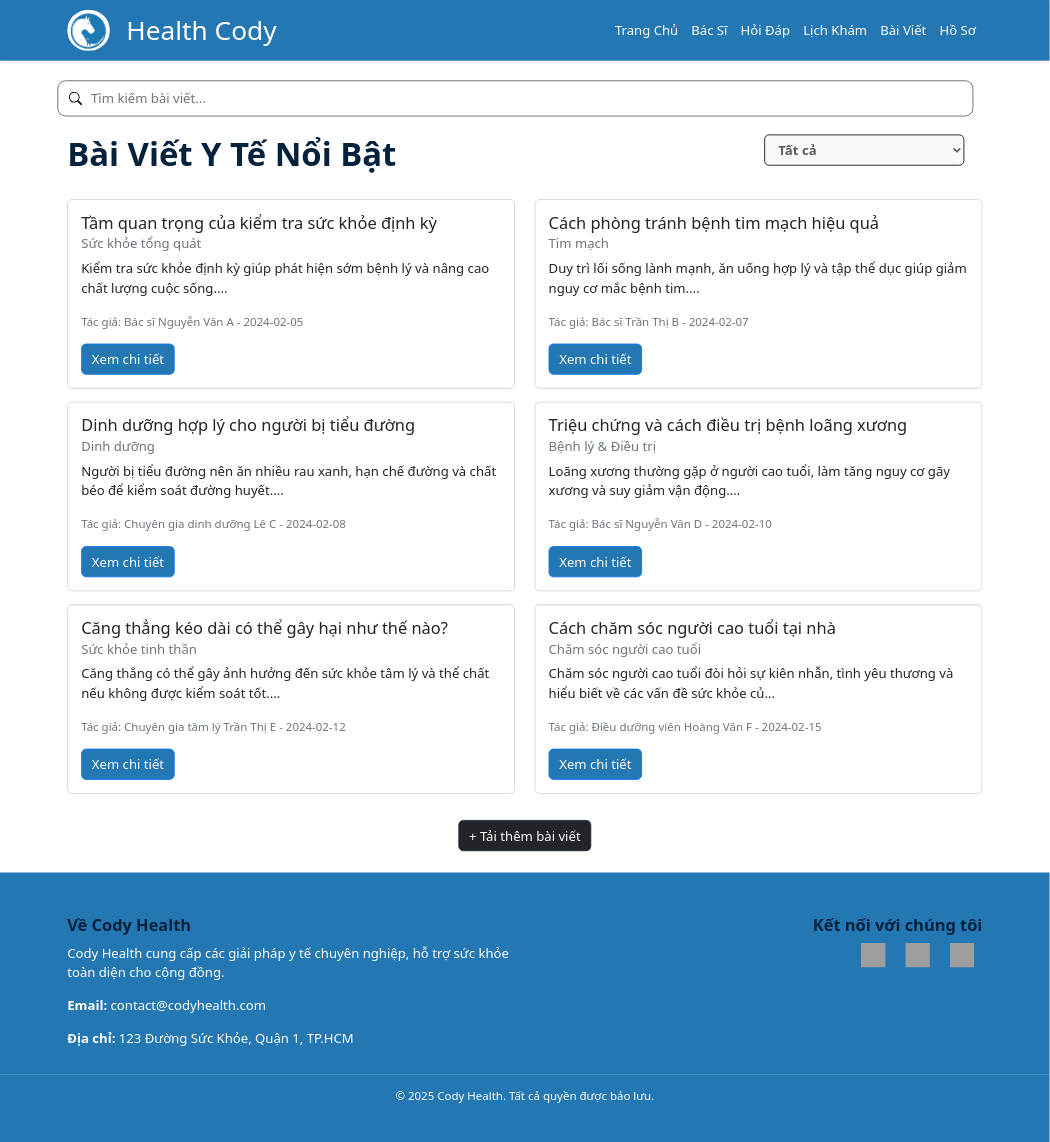
Repository: JonesKhaii/CodySocial
Page: tests/web-test/index.html
These files come from the project's save history. The page is drawn as it stood at one moment and after the next save; the edit follows.
The browser window is 1280 px wide. The pictures show the whole page, at 82% of full size.
Pictures or frames that could not be fetched are drawn as grey boxes.

Above is the page before, as saved 2025-02-09 22:50:11.

After the next save:
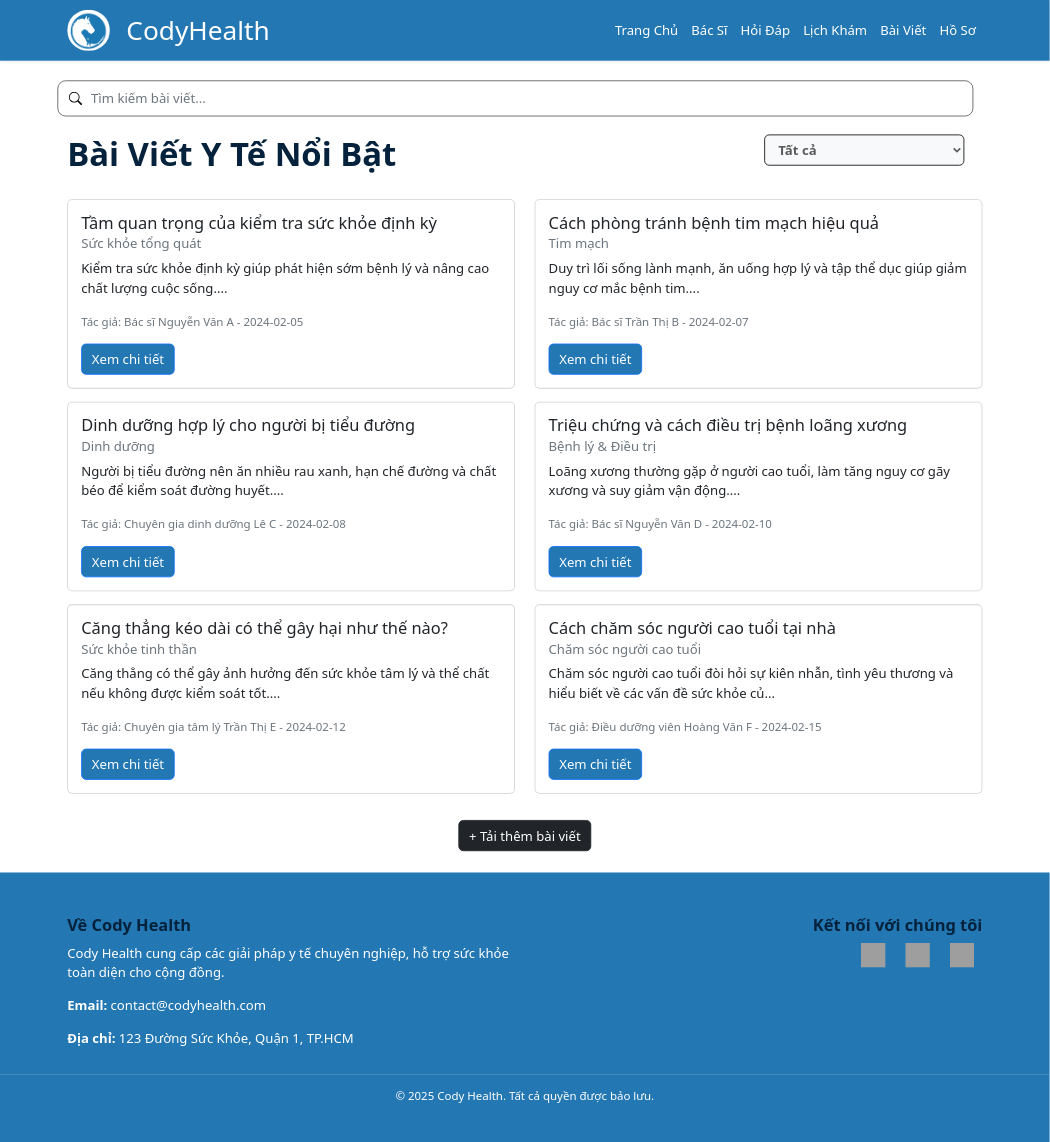
Saved 43 s later.
--- a/tests/web-test/index.html
+++ b/tests/web-test/index.html
@@ -28,8 +28,8 @@
                         class="logo me-2"
                         style="height: 50px; border-radius: 50px"
                     />
-                    <a class="navbar-brand fs-2 text-white" href="#"
-                        >Health Cody</a
+                    <a class="navbar-brand fs-2 text-white" href="#">
+                        CodyHealth</a
                     >
                 </div>
 
